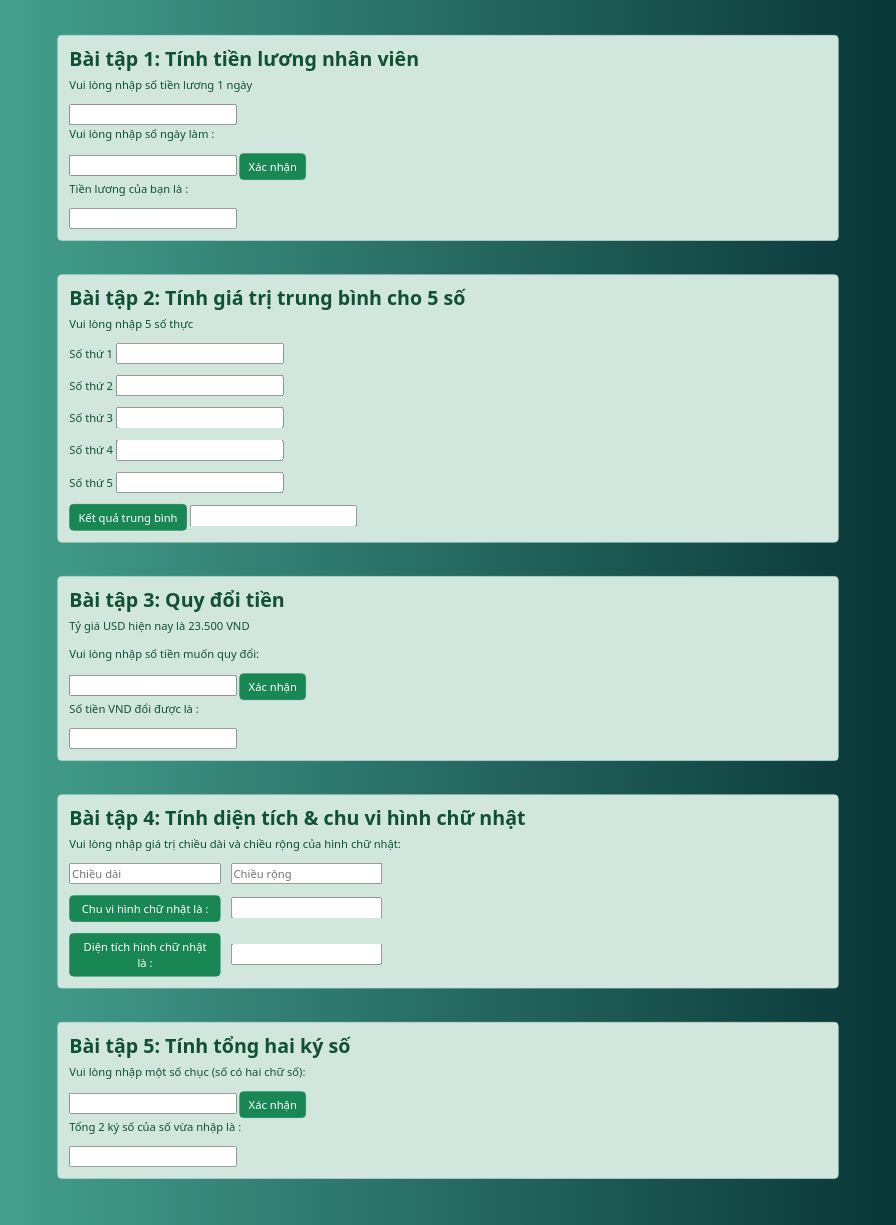
Repository: hcozyph/TranHuuPhuoc_BC43_BT_JS_Buoi2
Page: index.html
These files come from the project's save history. The page is drawn as it stood at one moment and after the next save; the edit follows.
The browser window is 1280 px wide. The pictures show the whole page, at 70% of full size.

Above is the page before, as saved 2023-02-03 21:10:51.

### index.html
<!DOCTYPE html>
<html lang="en">
    <head>
        <title>BT JS - Buoi 1</title>
        <!-- Required meta tags -->
        <meta charset="utf-8" />
        <meta
            name="viewport"
            content="width=device-width, initial-scale=1, shrink-to-fit=no"
        />

        <!-- font-family -->
        <link
            href="//fonts.googleapis.com/css2?family=Pacifico&amp;display=swap"
            rel="stylesheet"
        />
        <link
            href="//fonts.googleapis.com/css2?family=Quicksand:wght@300;400;500;600;700&amp;display=swap"
            rel="stylesheet"
        />

        <!-- Bootstrap CSS v5.2.1 -->
        <link
            href="https://cdn.jsdelivr.net/npm/bootstrap@5.2.1/dist/css/bootstrap.min.css"
            rel="stylesheet"
            integrity="sha384-iYQeCzEYFbKjA/T2uDLTpkwGzCiq6soy8tYaI1GyVh/UjpbCx/TYkiZhlZB6+fzT"
            crossorigin="anonymous"
        />

        <!-- FontAwesome 6.2.0 CSS -->
        <link
            rel="stylesheet"
            href="https://cdnjs.cloudflare.com/ajax/libs/font-awesome/6.2.0/css/all.min.css"
            integrity="sha512-xh6O/CkQoPOWDdYTDqeRdPCVd1SpvCA9XXcUnZS2FmJNp1coAFzvtCN9BmamE+4aHK8yyUHUSCcJHgXloTyT2A=="
            crossorigin="anonymous"
            referrerpolicy="no-referrer"
        />

        <!-- index.css -->
        <link rel="stylesheet" href="./style/index.css" />
    </head>

    <body>
        <div class="btvn">
            <!-- BT1 -->
            <div class="container">
                <!-- BT-1 -->
                <div class="BT1 alert alert-success">
                    <h1 class="fs-3 fw-bold">
                        Bài tập 1: Tính tiền lương nhân viên
                    </h1>

                    <!-- <div class="col-4"> -->
                    <p>Vui lòng nhập số tiền lương 1 ngày</p>

                    <input type="text" id="luongMotNgay" />
                    <!-- </div> -->

                    <p>Vui lòng nhập số ngày làm :</p>
                    <input type="number" id="soNgayLam" />
                    <button
                        class="btn btn-success"
                        id="btnXacNhan"
                        onclick="inputSoNgayLam()"
                    >
                        Xác nhận
                    </button>
                    <p>Tiền lương của bạn là :</p>
                    <input type="text" id="result" />
                </div>

                <!-- BT2 -->
                <div class="BT2 alert alert-success mt-5">
                    <h1 class="fs-3 fw-bold">
                        Bài tập 2: Tính giá trị trung bình cho 5 số
                    </h1>
                    <p>Vui lòng nhập 5 số thực</p>

                    <p>Số thứ 1 <input type="number" id="n1" /></p>
                    <p>Số thứ 2 <input type="number" id="n2" /></p>
                    <p>Số thứ 3 <input type="number" id="n3" /></p>
                    <p>Số thứ 4 <input type="number" id="n4" /></p>
                    <p>Số thứ 5 <input type="number" id="n5" /></p>

                    <button
                        class="btn btn-success"
                        id="btnAverage"
                        onclick="average()"
                    >
                        Kết quả trung bình
                    </button>
                    <input type="text" id="average" />
                </div>

                <!-- BT3 -->
                <div class="BT3 alert alert-success mt-5">
                    <h1 class="fs-3 fw-bold">Bài tập 3: Quy đổi tiền</h1>
                    <p>Tỷ giá USD hiện nay là 23.500 VND</p>
                    <p>Vui lòng nhập số tiền muốn quy đổi:</p>

                    <input type="number" id="inputUsd" />
                    <button
                        class="btn btn-success"
                        id="btnTradeMoney"
                        onclick="tradeMoney ()"
                    >
                        Xác nhận
                    </button>

                    <p>Số tiền VND đổi được là :</p>
                    <input type="text" id="tradeMoney" />
                </div>

                <!-- BT4 -->
                <div class="BT4 alert alert-success mt-5">
                    <h1 class="fs-3 fw-bold">
                        Bài tập 4: Tính diện tích & chu vi hình chữ nhật
                    </h1>
                    <p>
                        Vui lòng nhập giá trị chiều dài và chiều rộng của hình
                        chữ nhật:
                    </p>

                    <input type="number" id="length" placeholder="Chiều dài" />
                    <input
                        style="margin-left: 10px"
                        type="number"
                        id="width"
                        placeholder="Chiều rộng"
                    />

                    <div class="chuVi mt-3">
                        <button class="btn btn-success" onclick="chuVi()">
                            Chu vi hình chữ nhật là :
                        </button>
                        <input type="number" id="chuVi" id="ketQua" />
                    </div>

                    <div class="dienTich mt-3">
                        <button class="btn btn-success" onclick="dienTich()">
                            Diện tích hình chữ nhật là :
                        </button>
                        <input type="number" id="dienTich" />
                    </div>
                </div>

                <!-- BT5 -->
                <div class="BT5 alert alert-success mt-5">
                    <h1 class="fs-3 fw-bold">Bài tập 5: Tính tổng hai ký số</h1>
                    <p>Vui lòng nhập một số chục (số có hai chữ số):</p>
                    <input type="number" id="inputSoChuc" />
                    <button class="btn btn-success" onclick="tong2KySo()">
                        Xác nhận
                    </button>
                    <p>Tổng 2 ký số của số vừa nhập là :</p>
                    <input type="number" id="tong2KySo" />
                </div>
            </div>
        </div>

        <!-- Bootstrap JavaScript Libraries -->
        <script
            src="https://cdn.jsdelivr.net/npm/@popperjs/core@2.11.6/dist/umd/popper.min.js"
            integrity="sha384-oBqDVmMz9ATKxIep9tiCxS/Z9fNfEXiDAYTujMAeBAsjFuCZSmKbSSUnQlmh/jp3"
            crossorigin="anonymous"
        ></script>

        <script
            src="https://cdn.jsdelivr.net/npm/bootstrap@5.2.1/dist/js/bootstrap.min.js"
            integrity="sha384-7VPbUDkoPSGFnVtYi0QogXtr74QeVeeIs99Qfg5YCF+TidwNdjvaKZX19NZ/e6oz"
            crossorigin="anonymous"
        ></script>

        <!-- js customize -->
        <script src="./index.js"></script>
    </body>
</html>

### style/index.css
.btvn {
    background: linear-gradient(to right, rgb(68, 160, 141), rgb(9, 54, 55));
    background-repeat: no-repeat;
    background-size: cover;
    margin: 0 auto;
    padding: 50px;
}

.BT4 input {
    width: 20%;
}
.chuVi button,
.chuVi input {
    width: 20%;
    margin-right: 10px;
}

.dienTich button,
.dienTich input {
    width: 20%;
    margin-right: 10px;
}

### index.js
//BT1: Tính tiền lương nhân viên
function inputSoNgayLam () {
    //input:
    var soNgayLam = document.getElementById('soNgayLam').value;
    var luongMotNgay = document.getElementById('luongMotNgay').value;

    //output:
    var result = 0;

    //progress
    var result = parseInt(soNgayLam) * parseInt(luongMotNgay);

    document.getElementById('result').value = result.toLocaleString() + ' VND';
}

//BT2: Tính trung bình cộng 5 số
function average () {
    //input:
    var n1 = document.getElementById('n1').value;
    var n2 = document.getElementById('n2').value;
    var n3 = document.getElementById('n3').value;
    var n4 = document.getElementById('n4').value;
    var n5 = document.getElementById('n5').value;
    //output:
    var average = 0;
    const soLuongInput = 5;

    //progress
    var sum = parseFloat(n1) + parseFloat(n2) + parseFloat(n3) + parseFloat(n4) + parseFloat(n5);

    var average =  sum / parseFloat(soLuongInput) ;

    document.getElementById('average').value = average;
}

//BT3: Quy đổi tiền
function tradeMoney () {
    //input
    var inputUsd = document.getElementById('inputUsd').value;
    const tyGia = 23500;

    //output
    var tradeMoney = 0;

    //progress
    var tradeMoney = parseInt(inputUsd) * parseInt(tyGia);
    document.getElementById('tradeMoney').value = tradeMoney.toLocaleString() + ' VND';
}

//BT4: Tính chu vi & diện tích hình chữ nhật
function chuVi () {
    // input
    var length = document.getElementById('length').value;
    var width = document.getElementById('width').value;

    //output
    var chuVi = ( parseInt(length) + parseInt(width) ) * 2;

    //progress
    document.getElementById('chuVi').value = chuVi.toLocaleString();
}


function dienTich () {
    // input
    var length = document.getElementById('length').value;
    var width = document.getElementById('width').value;

    //output
    var dienTich = parseInt(length) * parseInt(width) ;

    //progress
    document.getElementById('dienTich').value = dienTich.toLocaleString();
}


//BT5: Tính tổng hai ký số
function tong2KySo () {
    //input
    var inputSoChuc = document.getElementById('inputSoChuc').value;
    var hangChuc = 0;
    var hangDonVi = 0;

    //output
    var tong2KySo = 0;

    //progress
    var hangChuc = Math.floor(Number(inputSoChuc)/10)
    var hangDonVi = Math.floor(Number(inputSoChuc)%10)
    var tong2KySo = parseInt(hangChuc) + parseInt(hangDonVi);

    document.getElementById('tong2KySo').value = tong2KySo;
}
/*
Link vercel:
https://tran-huu-phuoc-bc-43-bt-js-buoi1.vercel.app/
*/

After the next save:
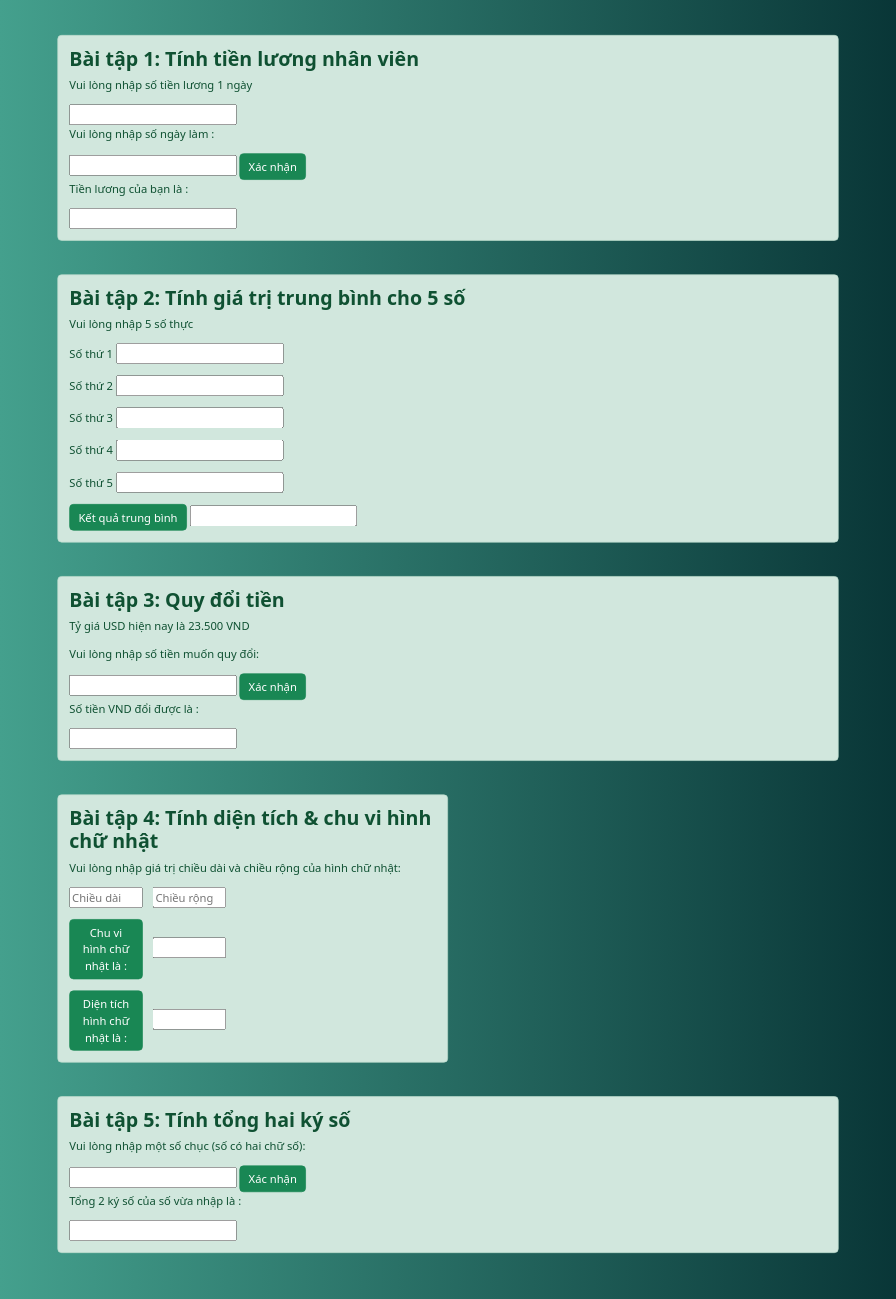
Saved 36 s later.
--- a/index.html
+++ b/index.html
@@ -112,7 +112,7 @@
                 </div>
 
                 <!-- BT4 -->
-                <div class="BT4 alert alert-success mt-5">
+                <div class="BT4 alert alert-success mt-5 w-50">
                     <h1 class="fs-3 fw-bold">
                         Bài tập 4: Tính diện tích & chu vi hình chữ nhật
                     </h1>
